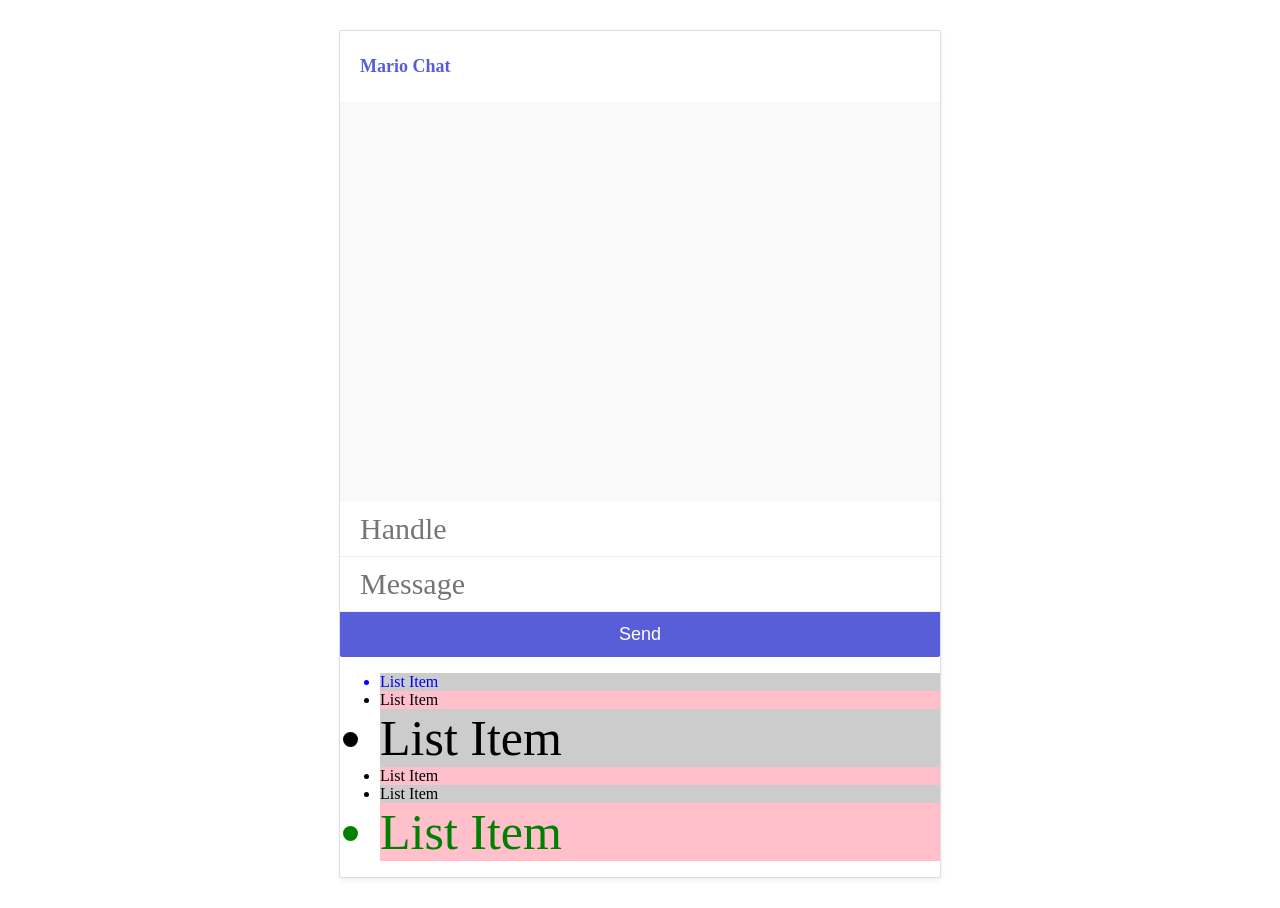
Repository: Promethees/websockets-playlist
Page: public/index.html
The author's editor kept a copy of each file at every save. The page is drawn from the files as they stood at one save, then again after the next save.
The browser window is 1280 px wide. The pictures show the whole page.
The page's requests for data from a server got no answer. Some web libraries are served in a nearby version.

Above is the page before, as saved 2020-09-03 09:20:37.

After the next save:
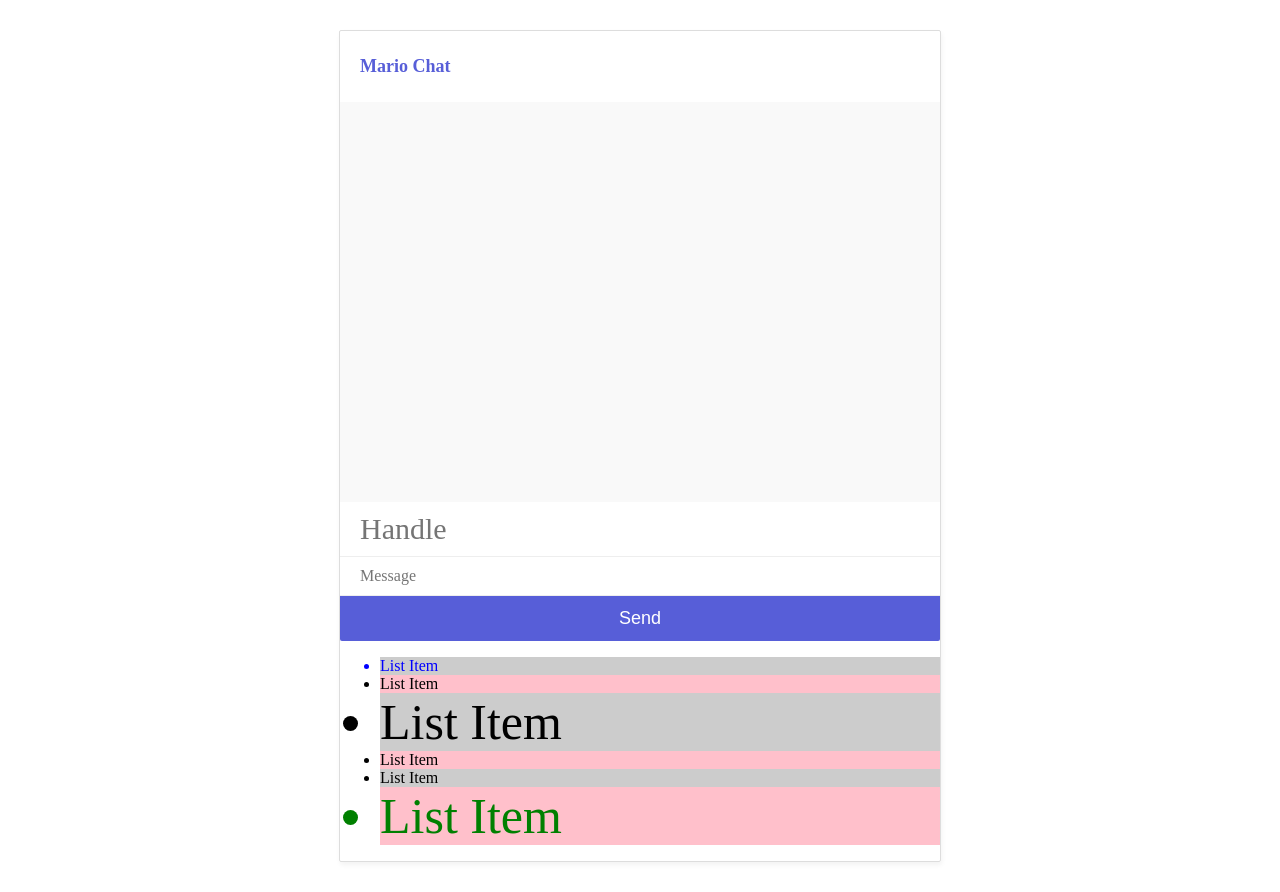
Saved 14 s later.
--- a/public/index.html
+++ b/public/index.html
@@ -36,7 +36,7 @@
             $('ul#list li:odd').css('background-color','pink');
             $('ul#list li:even').css('background-color','#cccccc');
             $('ul#list li:nth-child(3n)').css('font-size','50px'); //For 3,6,9 list items
-            $(':text').css('font-size','30px');
+            $(':text#handle').css('font-size','30px');
 
 </script>
     </body>
